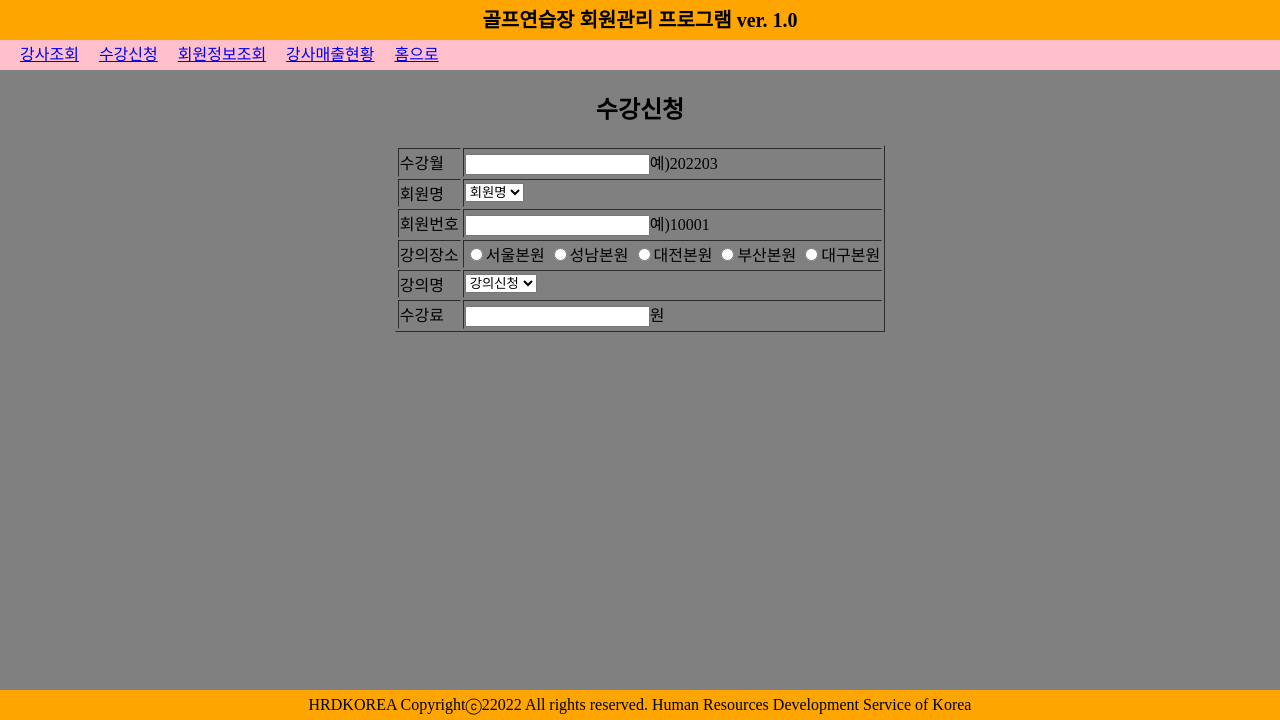
Repository: leesuyeon116/HRD_3
Page: http://localhost/HRD_0505/insert.jsp
An editor plug-in stored every save of this project. The page is shown before and after the next save, followed by the edit.
The browser window is 1280 px wide. The pictures show the whole page.
The page is served by Tomcat 9.

Above is the page before, as saved 2024-05-05 10:10:46.
Console error: SyntaxError: Unexpected end of input

After the next save:
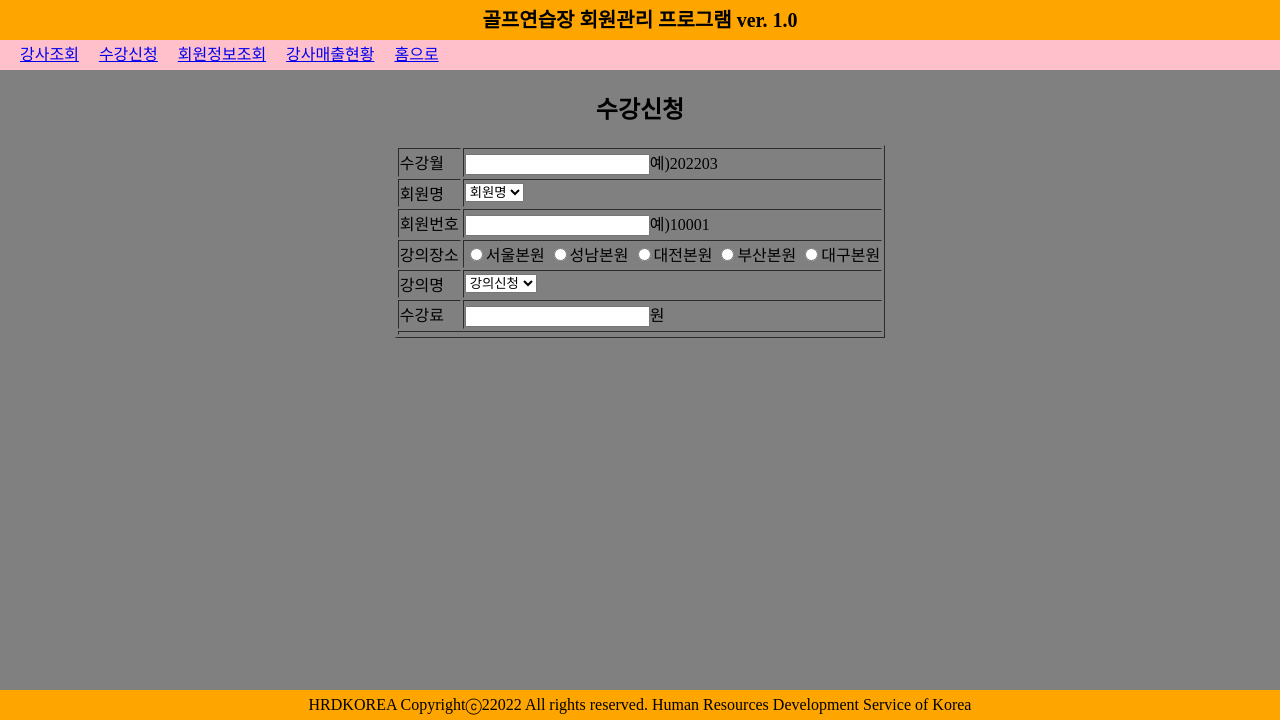
Saved 21 min 0 s later.
--- a/workspace/HRD_0505/src/main/webapp/insert.jsp
+++ b/workspace/HRD_0505/src/main/webapp/insert.jsp
@@ -66,6 +66,11 @@
 				<td><input type="text" name="class_price">원</td>
 			</tr>
 
+			<tr>
+				<td colspan="2">
+
+				</td>
+			</tr>
 		</table>
 	</form>
 
